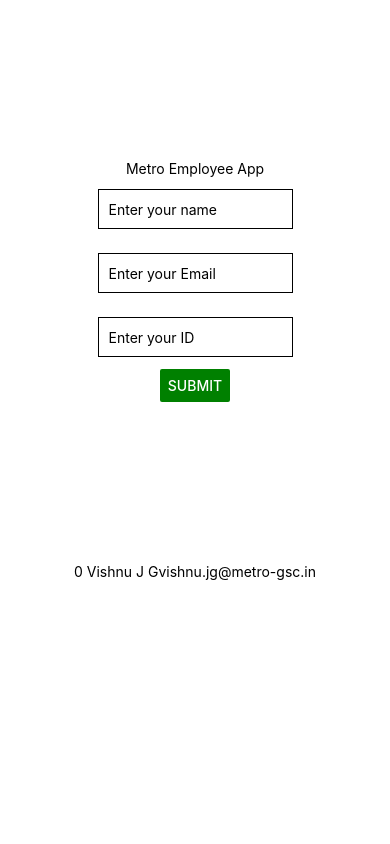
Repository: VishnuJG/Metro-Employee-App
Screen: /
An editor plug-in stored every save of this project. The screen is shown before and after the next save, followed by the edit.
The app was drawn by React Native's web renderer in a window 390 px wide. The project was rebuilt for these pictures with package versions that can differ from the ones it lists, and the page was loaded fresh each time.

Above is the screen before, as saved 2022-06-28 14:01:02.

### App.js
import { StatusBar } from 'expo-status-bar';
import React, { useState } from "react";
import { StyleSheet, Text, View, TextInput, Button, Alert} from 'react-native';
import { useDimensions } from '@react-native-community/hooks';
import Task from './components/Task';


export default function App() {

  // const {landscape}=useDimensions();
  const [emp, onEmpUpdate] = useState([{ id: 0, name: " Vishnu J G", email:"vishnu.jg@metro-gsc.in" }]);
  const [name, onChangeName] = useState("");
  const [email, onChangeEmail] = useState("");
  const [id, onChangeid] = useState(null);
  const onSubmit=(e)=>{
    e.preventDefault();
    if(!name){
      Alert.alert('Invalid Name', 'Invalid Name field',[{text: 'Okay', onPress:()=>{console.log("Okay Pressed")}},{text: 'No', onPress:()=>{console.log("No Pressed")}}])
    }
    if(!email){
      Alert.alert('Invalid Email', 'Invalid Email field',[{text: 'Okay', onPress:()=>{console.log("Okay Pressed")}},{text: 'No', onPress:()=>{console.log("No Pressed")}}])
    }
    if(!/\S+@\S+\.\S+/.test(email)){
      Alert.alert('Invalid Email', 'Invalid Email field',[{text: 'Okay', onPress:()=>{console.log("Okay Pressed")}},{text: 'No', onPress:()=>{console.log("No Pressed")}}])
    }
    if(!id){
      Alert.alert('Invalid Id', 'Invalid ID field',[{text: 'Okay', onPress:()=>{console.log("Okay Pressed")}},{text: 'No', onPress:()=>{console.log("No Pressed")}}])
    }
    console.log(name);
    console.log(email);
    console.log(id);
    const newEmp={id, name, email};
    onChangeName('');
    onChangeEmail('');
    onChangeid(null);
    onEmpUpdate([...emp, newEmp]);
  }
  return (
    <View style={styles.container} >
        <View style={styles.container}>
        <Text>Metro Employee App</Text>

        <TextInput
          style={styles.input}
          onChangeText={onChangeName}
          placeholder="Enter your name"
          value={name}
        />
        <TextInput
          style={styles.input}
          onChangeText={onChangeEmail}
          value={email}
          placeholder="Enter your Email"
          // keyboardType="numeric"
        />

        <TextInput
          style={styles.input}
          onChangeText={onChangeid}
          value={id}
          placeholder="Enter your ID"
          keyboardType="numeric"
        />
        <Button title="Submit"
          color="green"
          onPress={onSubmit}
          /></View>
        <View style={{flex:0.5, flexDirection: 'row'}}>
        {emp.map((newid)=>(<Task key={newid.id} ename={newid.name} eid={newid.id} eemail={newid.email}/>))}
        </View>
    </View>
  );
}

const styles = StyleSheet.create({
  container: {
    flex: 1,
    flexDirection: 'column',
    backgroundColor: '#fff',
    alignItems: 'center',
    justifyContent: 'center',
    fontSize: 20,
    // paddingTop:20,
    width:'100%',
  },
  input: {
    height: 40,
    margin: 12,
    borderWidth: 1,
    width:'50%',
    padding: 10,
  },

});

### components/Task.js
import { StatusBar } from 'expo-status-bar';
import React, { useState } from "react";
import { StyleSheet, Text, View, TextInput, Button, Alert} from 'react-native';
import { useDimensions } from '@react-native-community/hooks';


export default function Task(props) {
  console.log("Hello");
  return (
    <View style={styles.employee}>
      <Text>{props.eid}</Text>
      <Text>{props.ename}</Text>
      <Text>{props.eemail}</Text>

    </View>


  );
}

const styles = StyleSheet.create({
  employee:{
    width:'100%',
    flex:1,
    flexDirection:'row',
    justifyContent: 'left',
  }
});

After the next save:
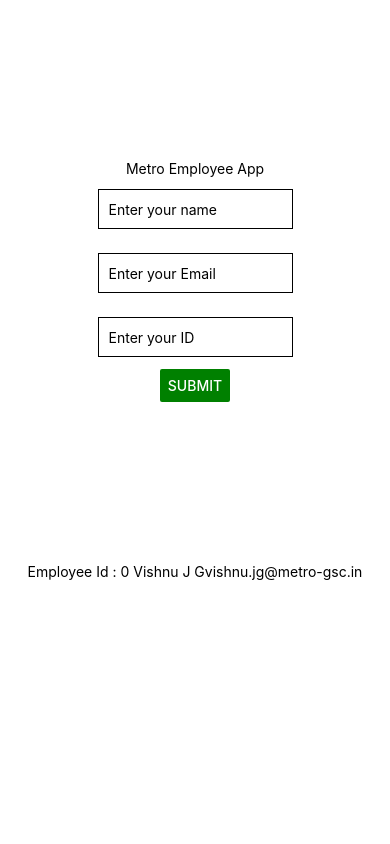
Saved 13 s later.
--- a/components/Task.js
+++ b/components/Task.js
@@ -8,7 +8,7 @@ export default function Task(props) {
   console.log("Hello");
   return (
     <View style={styles.employee}>
-      <Text>{props.eid}</Text>
+      <Text>Employee Id : {props.eid}</Text>
       <Text>{props.ename}</Text>
       <Text>{props.eemail}</Text>
 
